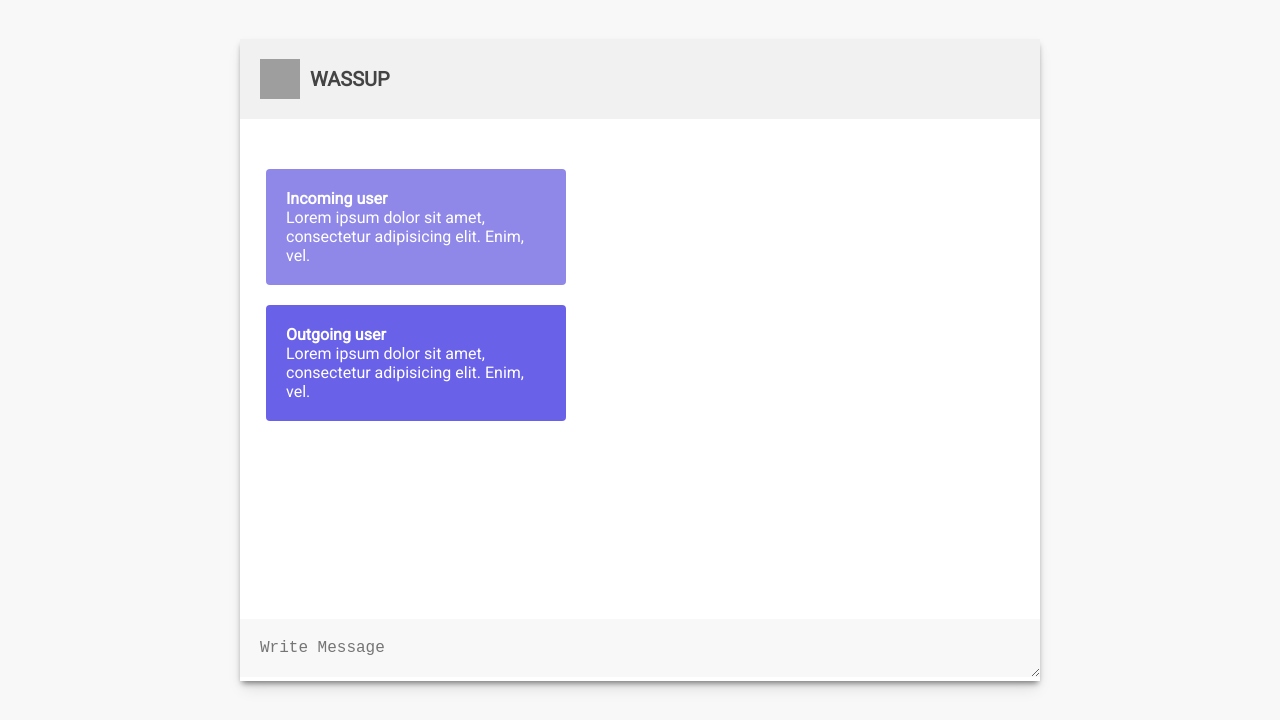
Repository: yashrajverma/Wassup-Chat-App
Page: http://localhost/
These files come from the project's save history. The page is drawn as it stood at one moment and after the next save; the edit follows.
The browser window is 1280 px wide. The pictures show the whole page.
Pictures or frames that could not be fetched are drawn as grey boxes. The page is served by the project's Node server (server.js).

Above is the page before, as saved 2020-11-19 12:06:12.

### views/index.ejs
<!DOCTYPE html>
<html lang="en">

<head>
    <meta charset="UTF-8">
    <meta name="viewport" content="width=device-width, initial-scale=1.0">
    <title>Wassup Chat app</title>
    <link rel="stylesheet" href="/public/style.css">
    <link rel="stylesheet" href="https://fonts.googleapis.com/css2?family=Roboto&display=swap">
</head>

<body>
    <script src="/public/client.js"></script>
    <section class="chat_section">
        <div class="brand">
            <img src="https://bookmyscans.com/blog/wp-content/uploads/2017/06/phone-call-icon-16.png" alt="wassup image">
            <h1>Wassup</h1>
        </div>
        <div class="message_area">
            <div class="incoming message">
                <h4>Incoming user</h4>
                <p>Lorem ipsum dolor sit amet, consectetur adipisicing elit. Enim, vel.</p>
            </div>
            <div class="outgoing message">
                <h4>Outgoing user</h4>
                <p>Lorem ipsum dolor sit amet, consectetur adipisicing elit. Enim, vel.</p>
            </div>
        </div>
        <div>
            <textarea id="message_box" cols="30" rows="1" placeholder="Write Message"></textarea>
        </div>
    </section>
</body>

</html>

### server.js
const express = require('express');
const app = express();
const PORT = process.env.PORT || 3000;
app.set('view engine', 'ejs');
app.use('/public', express.static('public'));
app.get('/', (req, res) => {
    res.render('index');
});
app.listen(PORT);

### public/style.css
@import url('https://fonts.googleapis.com/css2?family=Roboto&display=swap');
* {
    padding: 0;
    margin: 0;
    box-sizing: border-box;
}

body {
    display: flex;
    align-items: center;
    justify-content: center;
    min-height: 100vh;
    background: #f8f8f8;
    font-family: 'Roboto', sans-serif;
}

section.chat_section {
    min-height: 90%;
    width: 800px;
    background: #fff;
    box-shadow: 0 10px 15px -3px rgba(0, 0, 0, 0.1), 0 4px 6px -2px rgba(0, 0, 0, 0.5);
}

.brand {
    align-items: center;
    display: flex;
    padding: 20px;
    background: #f1f1f1;
}

.brand img {
    width: 40px;
    height: 40px;
}

.brand h1 {
    text-transform: uppercase;
    font-size: 20px;
    color: #444;
    margin-left: 10px;
}

.message_area {
    height: 500px;
    display: flex;
    padding: 16px;
    flex-direction: column;
    overflow-y: auto;
    padding-top: 40px;
}

textarea {
    border: none;
    width: 100%;
    padding: 20px;
    background: #f8f8f8;
    outline: none;
    font-size: 16px;
    resize: vertical;
}

.message {
    padding: 20px;
    border-radius: 4px;
    max-width: 300px;
    position: relative;
    margin: 10px;
}

.incoming {
    color: #fff;
    background: #8f88e8;
}

.outgoing {
    color: #fff;
    background: #6a61e9;
}

Loaded but not shown: public/client.js (no copy from this time; the picture is the same without it)

After the next save:
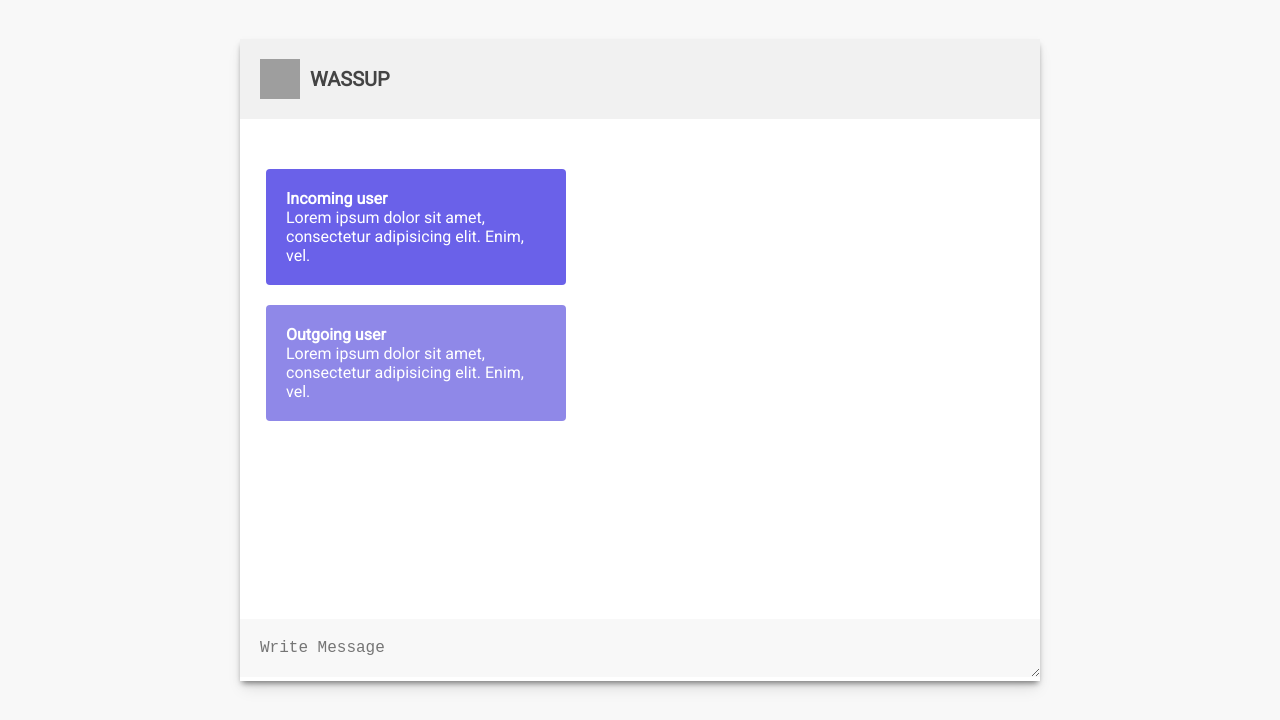
Saved 16 s later.
--- a/public/style.css
+++ b/public/style.css
@@ -69,10 +69,10 @@ textarea {
 
 .incoming {
     color: #fff;
-    background: #8f88e8;
+    background: #6a61e9;
 }
 
 .outgoing {
     color: #fff;
-    background: #6a61e9;
+    background: #8f88e8;
 }
